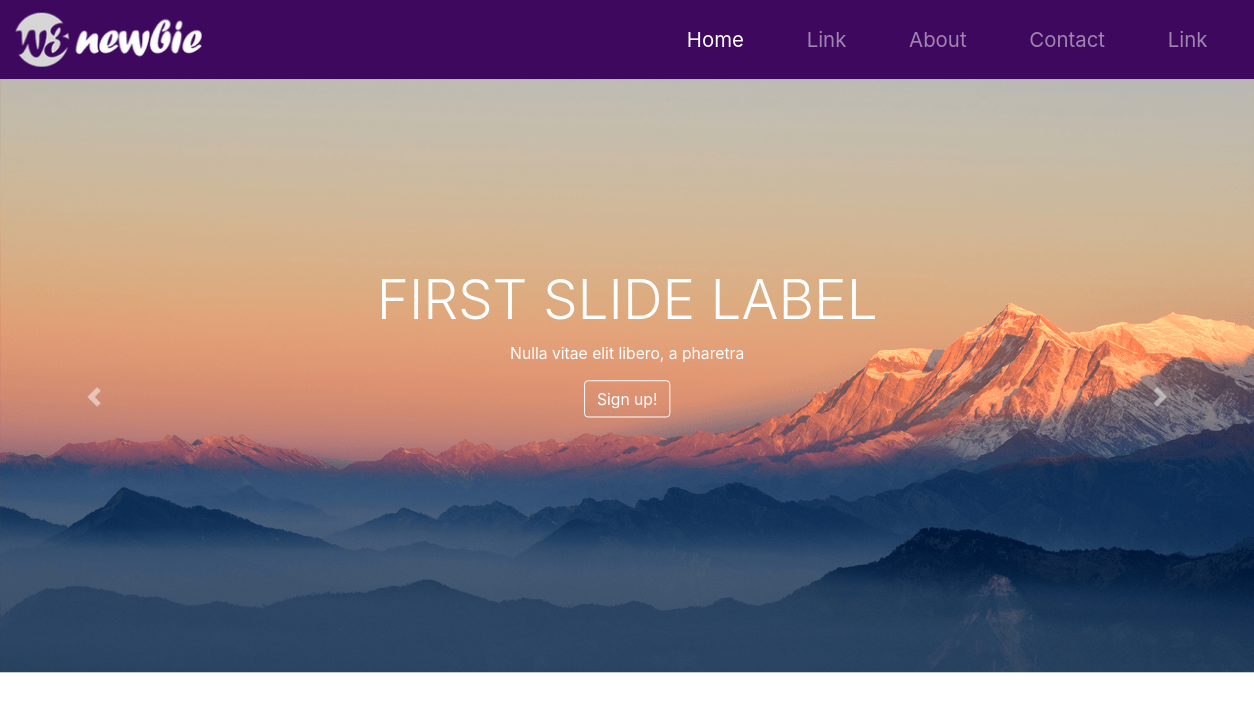
Repository: Mietlicha/bootstrap-project
Page: Bootstrap Website Files/index.html
These files come from the project's save history. The page is drawn as it stood at one moment and after the next save; the edit follows.
The browser window is 1280 px wide. The pictures show the whole page, at 98% of full size.

Above is the page before, as saved 2019-10-28 22:38:27.

After the next save:
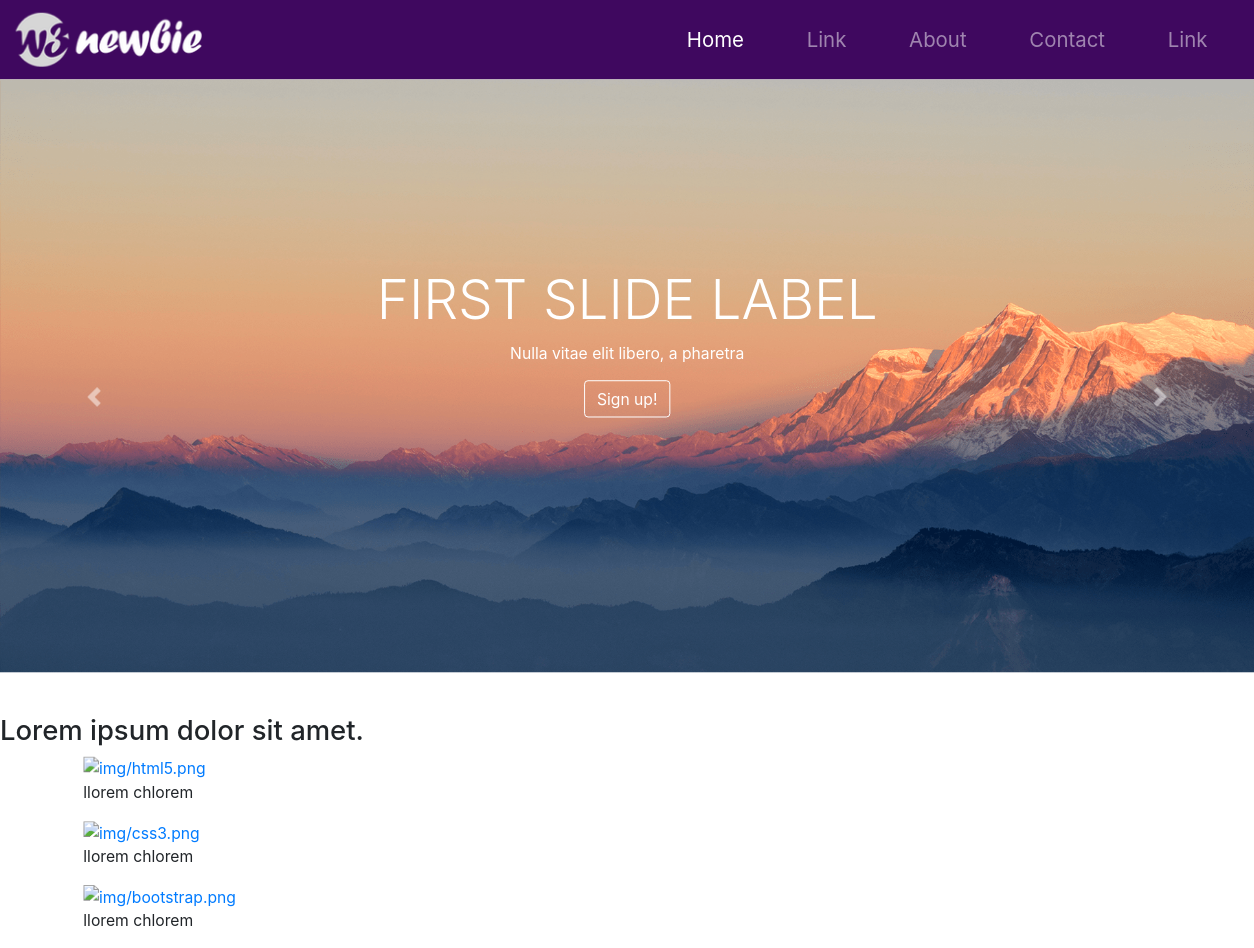
Saved 9 min 23 s later.
--- a/Bootstrap Website Files/index.html
+++ b/Bootstrap Website Files/index.html
@@ -12,7 +12,7 @@
 </head>
 
 <body>
-  <!--Navbar-->
+  <!--Navbar--------------------------------------------------------------------------------------------------->
   <nav class="navbar navbar-expand-md navbar-dark bg-violet">
     <a class="navbar-brand" href="#"><img src="img/w3newbie.png" alt="logo"></a>
     <button class="navbar-toggler" type="button" data-toggle="collapse" data-target="#navbarSupportedContent"
@@ -41,38 +41,57 @@
     </div>
   </nav>
 
-   <!--Slider-->
-   <div id="carouselExampleIndicators" class="carousel slide"  data-interval="false" data-ride="carousel">
-      <ol class="carousel-indicators">
-        <li data-target="#carouselExampleIndicators" data-slide-to="0" class="active"></li>
-        <li data-target="#carouselExampleIndicators" data-slide-to="1"></li>
-        <li data-target="#carouselExampleIndicators" data-slide-to="2"></li>
-      </ol>
-      <div class="carousel-inner">
-        <div class="carousel-item active">
-          <img src="img/mountains.png" class="d-block w-100 position-carusel-caption" alt="mountains">
-          <div class="carousel-caption">
-              <h1 class="display-4 text-uppercase">First slide label</h1>
-              <p>Nulla vitae elit libero, a pharetra</p>
-              <button type="button" class="btn btn-outline-primary mb-5">Sign up!</button>
-          </div>
-        </div>
-        <div class="carousel-item">
-          <img src="img/red.png" class="d-block w-100" alt="dusk at mountains">
-        </div>
-        <div class="carousel-item">
-          <img src="img/snow.png" class="d-block w-100" alt="snowy mountains">
+  <!--Slider-------------------------------------------------------------------------------------------------->
+  <div id="carouselExampleIndicators" class="carousel slide" data-interval="false" data-ride="carousel">
+    <ol class="carousel-indicators">
+      <li data-target="#carouselExampleIndicators" data-slide-to="0" class="active"></li>
+      <li data-target="#carouselExampleIndicators" data-slide-to="1"></li>
+      <li data-target="#carouselExampleIndicators" data-slide-to="2"></li>
+    </ol>
+    <div class="carousel-inner">
+      <div class="carousel-item active">
+        <img src="img/mountains.png" class="d-block w-100 position-carusel-caption" alt="mountains">
+        <div class="carousel-caption">
+          <h1 class="display-4 text-uppercase">First slide label</h1>
+          <p>Nulla vitae elit libero, a pharetra</p>
+          <button type="button" class="btn btn-outline-primary mb-5">Sign up!</button>
         </div>
       </div>
-      <a class="carousel-control-prev" href="#carouselExampleIndicators" role="button" data-slide="prev">
-        <span class="carousel-control-prev-icon" aria-hidden="true"></span>
-        <span class="sr-only">Previous</span>
-      </a>
-      <a class="carousel-control-next" href="#carouselExampleIndicators" role="button" data-slide="next">
-        <span class="carousel-control-next-icon" aria-hidden="true"></span>
-        <span class="sr-only">Next</span>
-      </a>
+      <div class="carousel-item">
+        <img src="img/red.png" class="d-block w-100" alt="dusk at mountains">
+      </div>
+      <div class="carousel-item">
+        <img src="img/snow.png" class="d-block w-100" alt="snowy mountains">
+      </div>
     </div>
+    <a class="carousel-control-prev" href="#carouselExampleIndicators" role="button" data-slide="prev">
+      <span class="carousel-control-prev-icon" aria-hidden="true"></span>
+      <span class="sr-only">Previous</span>
+    </a>
+    <a class="carousel-control-next" href="#carouselExampleIndicators" role="button" data-slide="next">
+      <span class="carousel-control-next-icon" aria-hidden="true"></span>
+      <span class="sr-only">Next</span>
+    </a>
+  </div>
+
+  <!--content--------------------------------------------------------------------------------------------------->
+  <section>
+    <h3>Lorem ipsum dolor sit amet.</h3>
+    <div class="container">
+      <figure>
+        <a href="#"><img src="" alt="img/html5.png"></a>
+        <figcaption>llorem chlorem</figcaption>
+      </figure>
+      <figure>
+        <a href="#"><img src="" alt="img/css3.png"></a>
+        <figcaption>llorem chlorem</figcaption>
+      </figure>
+      <figure>
+        <a href="#"><img src="" alt="img/bootstrap.png"></a>
+        <figcaption>llorem chlorem</figcaption>
+      </figure>
+    </div>
+  </section>
 
   <script src="https://code.jquery.com/jquery-3.3.1.slim.min.js"
     integrity="sha384-q8i/X+965DzO0rT7abK41JStQIAqVgRVzpbzo5smXKp4YfRvH+8abtTE1Pi6jizo"
